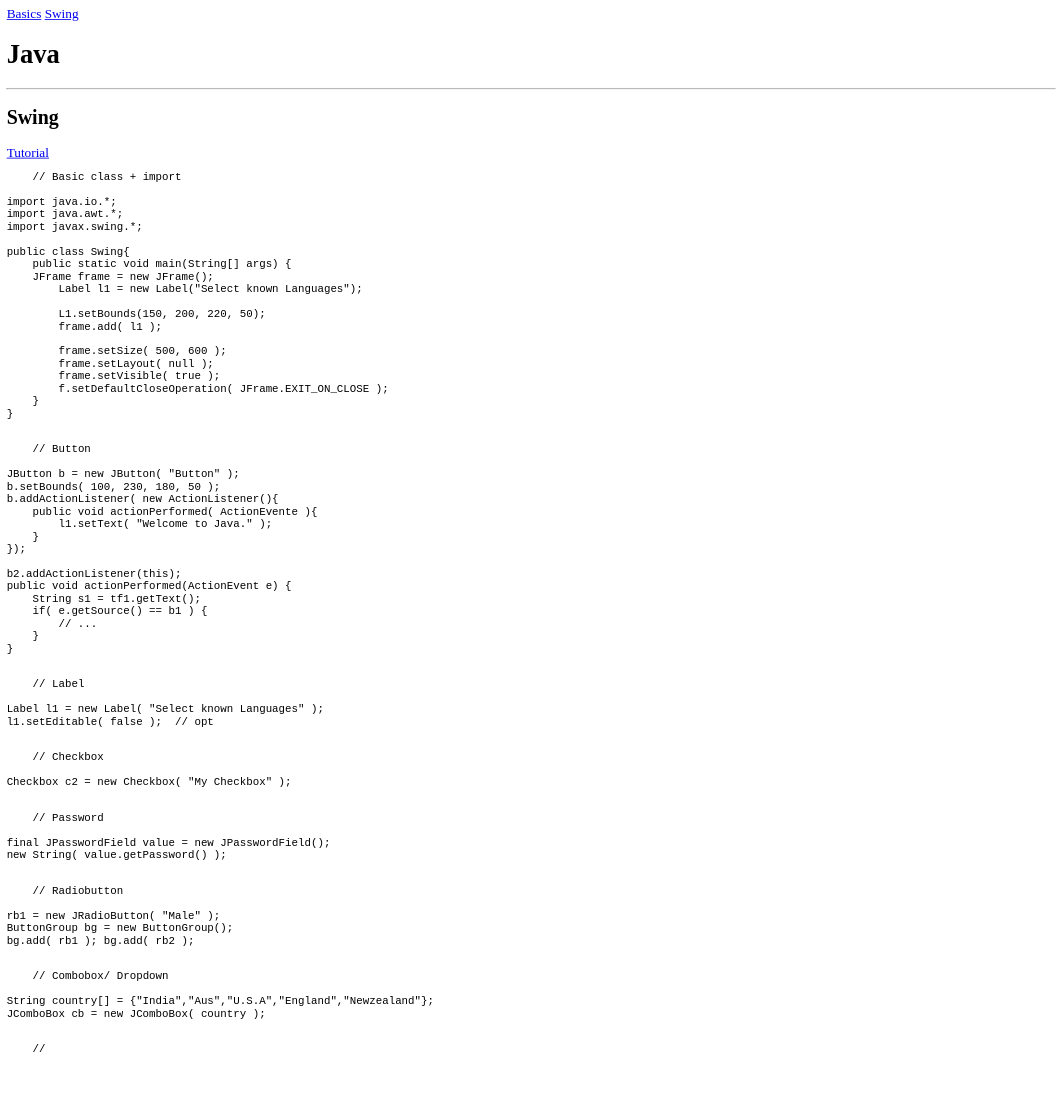
Repository: Max-Rohrhirsch/Max-Rohrhirsch.github.io
Page: documentation/languages/java/swing.html
These files come from the project's save history. The page is drawn as it stood at one moment and after the next save; the edit follows.
The browser window is 1280 px wide. The pictures show the whole page, at 83% of full size.

Above is the page before, as saved 2023-10-06 23:30:04.

After the next save:
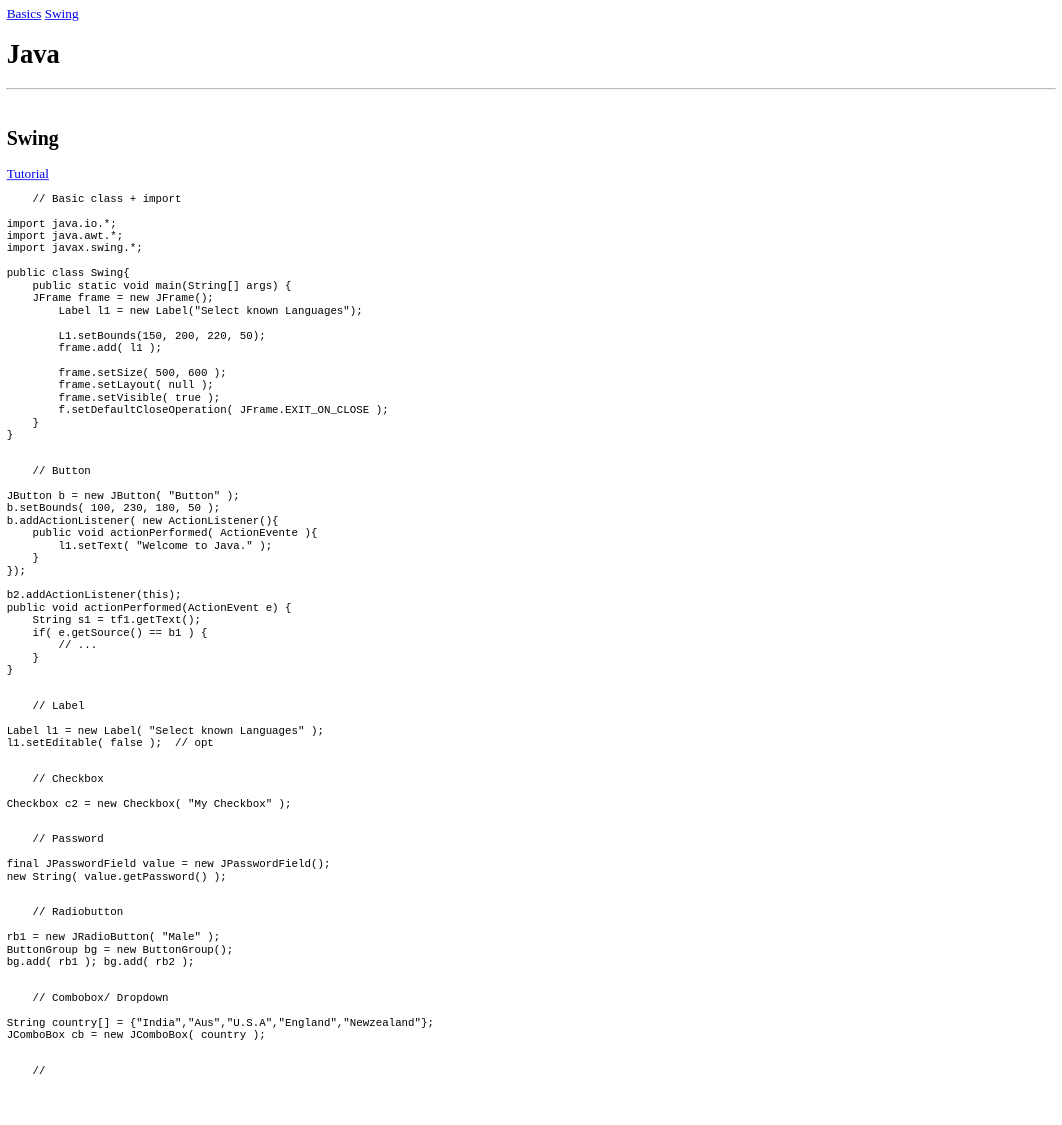
Saved 16 s later.
--- a/documentation/languages/java/swing.html
+++ b/documentation/languages/java/swing.html
@@ -10,7 +10,7 @@
         <!-- ------ MAIN CONTENT ----- -->
         <div class="main">
             <h1>Java</h1>
-            <hr>
+            <hr><br>
 
             <h2>Swing</h2>
             <a href="https://www.javatpoint.com/java-joptionpane">Tutorial</a>
